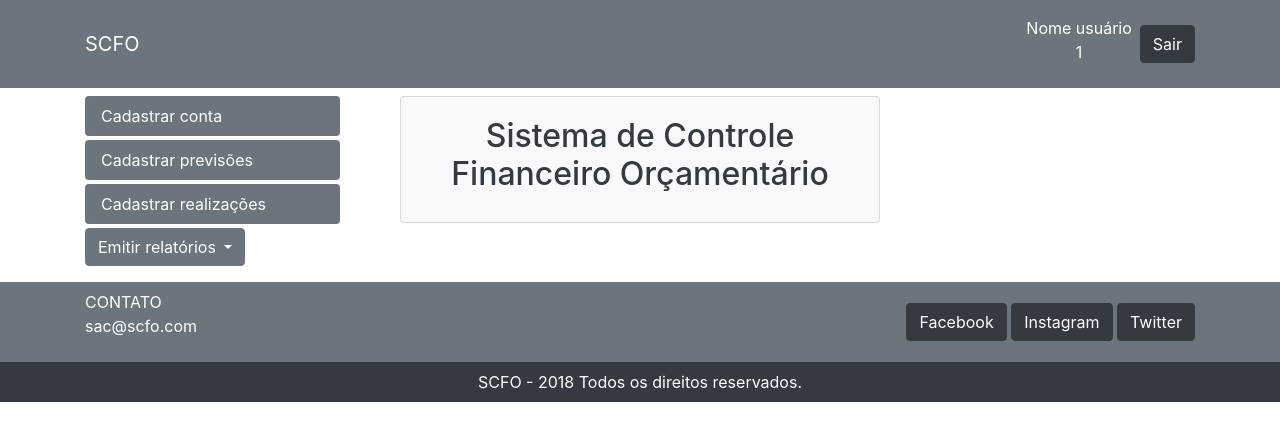
Repository: MaickSilva/scfoheroku
Page: http://localhost/logado.php
The author's editor kept a record of every edit. The page is drawn from the files as they stood at one moment, then again after the next edit.
The browser window is 1280 px wide. The pictures show the whole page.
Some web libraries are served in a nearby version. The page is run by PHP 8.4 with error messages shown; the project is at /var/www/html/. The session is filled in as if someone had signed in: {"UsuarioLog": true, "cpf": 1, "senha": 1}.

Above is the page before.

After the next edit:
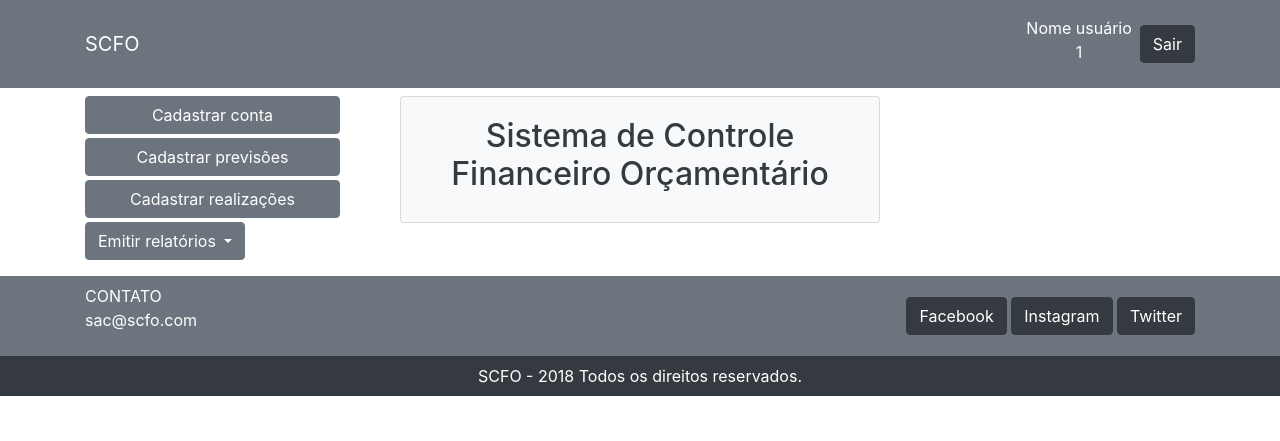
The edit:
--- a/workspace/logado.php
+++ b/workspace/logado.php
@@ -18,9 +18,9 @@
             <div class="row">
                 <div class="col-12 col-sm-12 col-md-4 col-lg-3">
                     <div class="nav flex-column nav-pills mt-2" id="v-pills-tab" role="tablist" aria-orientation="vertical">
-                        <a href="cadastrarConta.php" class="nav-link btn-secondary" id="cadastroConta" role="tab" aria-controls="v-pills-home" aria-selected="false">Cadastrar conta</a>
-                        <a href="cadastrarPrevisao.php" class="nav-link btn-secondary mt-1" id="v-pills-profile-tab" role="tab" aria-controls="v-pills-profile" aria-selected="false">Cadastrar previsões</a>
-                        <a href="inserirValores.php" class="nav-link btn-secondary mt-1" id="inserirValores" role="tab" aria-controls="v-pills-valores" aria-selected="false">Cadastrar realizações</a>
+                        <a href="cadastrarConta.php" class="btn btn-secondary" id="cadastroConta" role="tab" aria-controls="v-pills-home" aria-selected="false">Cadastrar conta</a>
+                        <a href="cadastrarPrevisao.php" class="btn btn-secondary mt-1" id="v-pills-profile-tab" role="tab" aria-controls="v-pills-profile" aria-selected="false">Cadastrar previsões</a>
+                        <a href="inserirValores.php" class="btn btn-secondary mt-1" id="inserirValores" role="tab" aria-controls="v-pills-valores" aria-selected="false">Cadastrar realizações</a>
                         <div class="dropdown">
                           <a class="btn btn-secondary dropdown-toggle mt-1 text-white" id="dropdownMenuLink" aria-controls="v-pills-valores" role="tab" data-toggle="dropdown" aria-haspopup="true" aria-expanded="false">
                             Emitir relatórios
